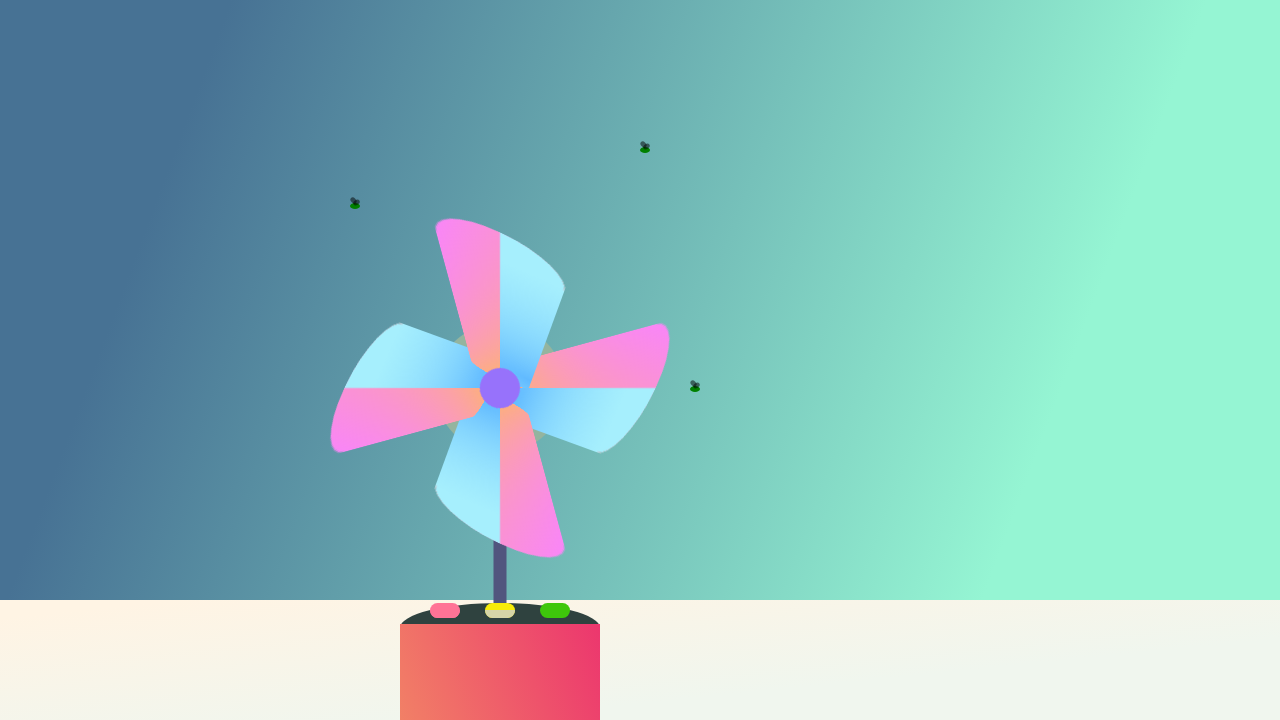
Repository: VuTuanAnh0949/CodeFan
Page: dsd.html
An editor plug-in stored every save of this project. The page is shown before and after the next save, followed by the edit.
The browser window is 1280 px wide. The pictures show the whole page.

Above is the page before, as saved 2022-06-22 12:50:17.

After the next save:
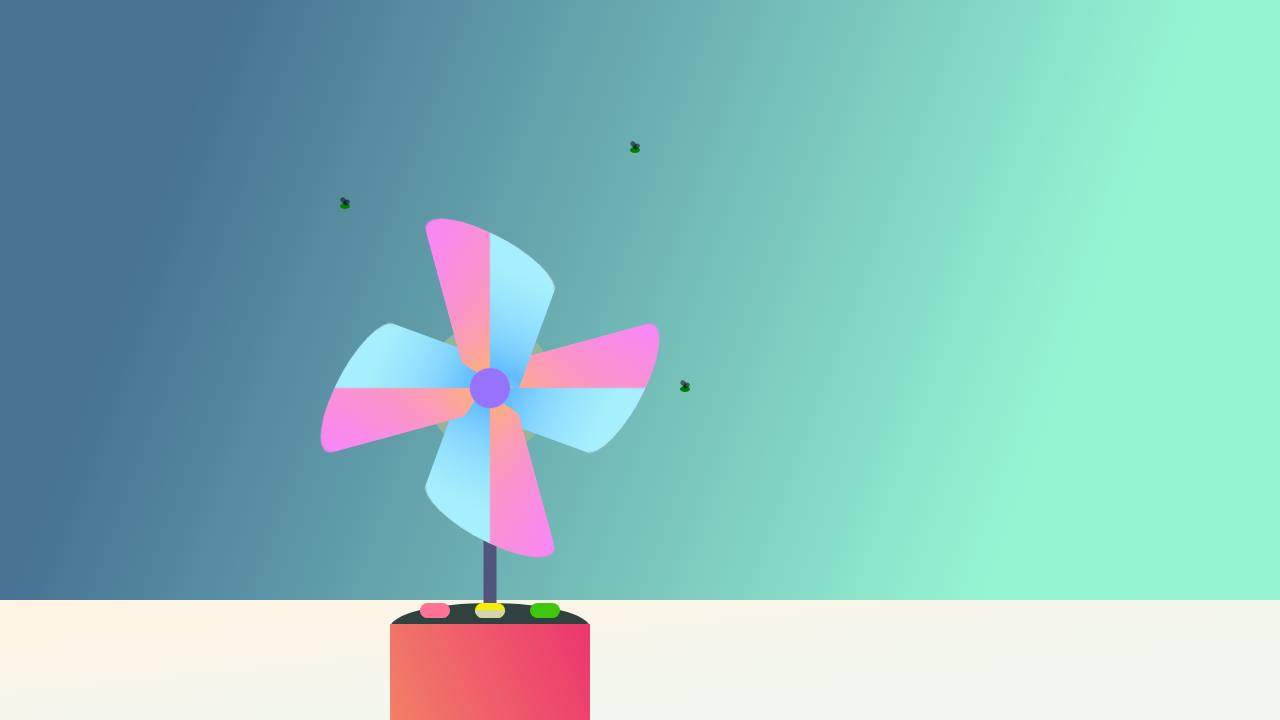
Saved 7 s later.
--- a/style.css
+++ b/style.css
@@ -130,7 +130,7 @@ span {
     z-index: 1;
     margin-top: 75px;
     perspective: 500px;
-    margin-right: 280px;
+    margin-right:300px;
 }
 
 .fan::after {
